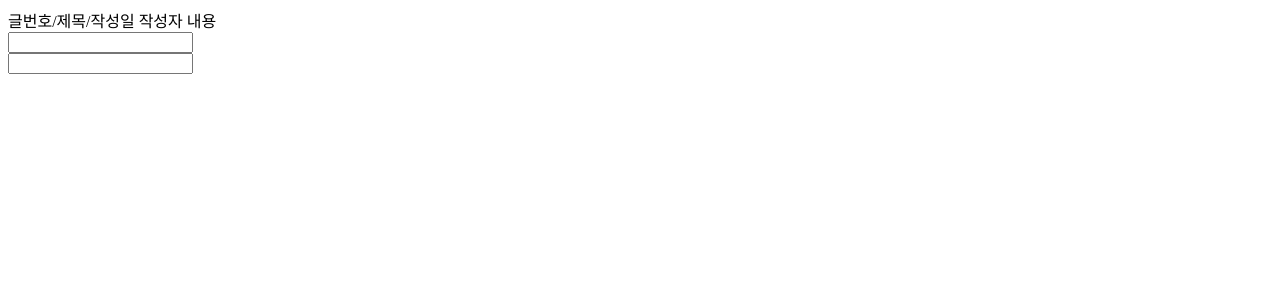
Repository: SeungwanHong/Web-jsp-
Page: http://localhost/Board2_20170406/form/board_content.jsp
The author's editor kept a copy of each file at every save. The page is drawn from the files as they stood at one save, then again after the next save.
The browser window is 1280 px wide. The pictures show the whole page.
The page is served by Tomcat 9.

Above is the page before, as saved 2017-04-07 08:02:46.

After the next save:
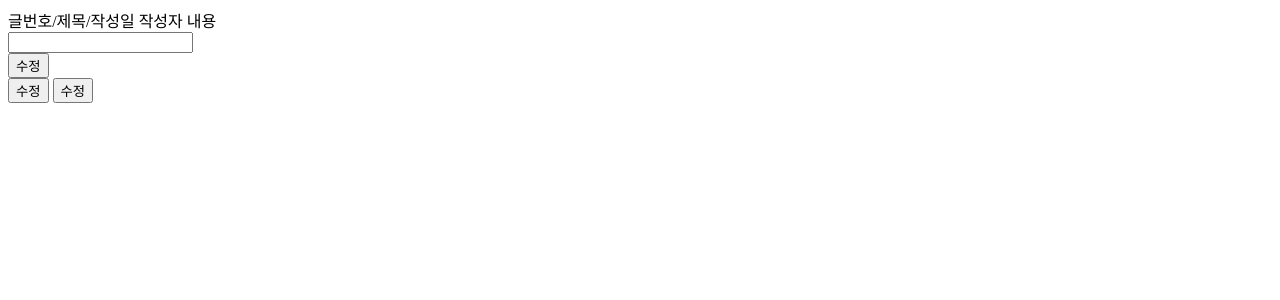
Saved 34 s later.
--- a/Board2_20170406/WebContent/form/board_content.jsp
+++ b/Board2_20170406/WebContent/form/board_content.jsp
@@ -15,7 +15,11 @@
 	<input>
 </form>
 <form action="<%= Url.URL_FULL_BOARDCONTENT %>">
-<input>
+<input type="submit" value="수정">
 </form>
+<input type="submit" value="수정">
+</form>
+<input type="submit" value="수정">
+</body>
 </body>
 </html>
